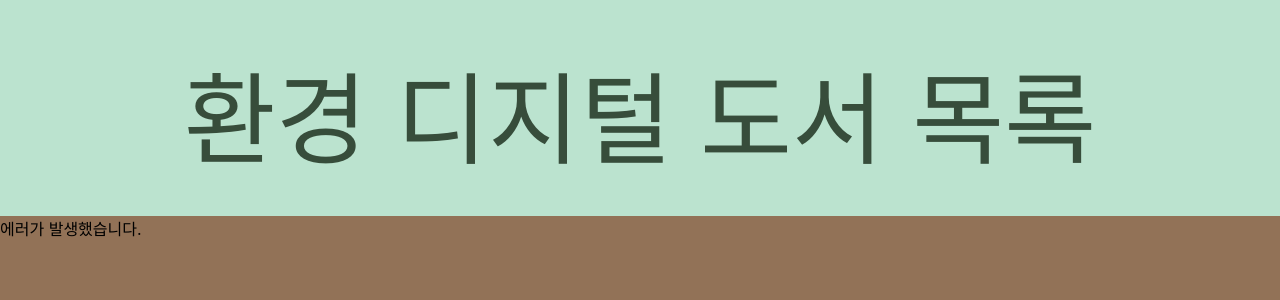
Repository: sojihwan/API
Page: / (app in contents/)
The author's editor kept a copy of each file at every save. The page is drawn from the files as they stood at one save, then again after a run of saves.
The browser window is 1280 px wide. The pictures show the whole page.
The page's requests for data from a server got no answer. The project was rebuilt for these pictures with package versions that can differ from the ones it lists, and the page was loaded fresh each time. No one was signed in, and anything a server would have sent is missing. Also part of the build but not shown: contents/src/css/Select.css, contents/src/css/Modal.css, contents/src/content/Modal.js.

Above is the page before, as saved 2022-05-26 13:30:00.

### contents/src/App.js
import React from 'react';
import Body from './Body/Body';
import Header from './Header/Header';

function App() {
  return (
    <div>
      <Header/>
      <Body/>
    </div>
  );
}

export default App;

### contents/src/Body/Body.js
import React from "react";
import Booklist from "../content/Booklist";
import "../css/Body.css"
function Body(){
  return(
    <div className="Body">
      <Booklist></Booklist>
    </div>
  );
}

export default Body

### contents/src/Header/Header.js
import React from "react";
import "../css/Header.css"

function Header(){
  return(
    <div className="Header">
      <header>
        <p>환경 디지털 도서 목록</p>
      </header>
    </div>
  );
}

export default Header

### contents/src/content/Booklist.js
/* eslint-disable jsx-a11y/alt-text */
import React,{useState,useEffect} from "react";
import axios from "axios";
import "../css/Select.css"
import Modal from "./Modal.js";

function Select(){
  const [api, setApi] = useState(null);
  const [loading, setLoading] = useState(false);
  const [error, setError] = useState(null);
  const [id,setId] = useState({})
  const [page , setPage] = useState(1)
  useEffect(() => {
    const fetchapi = async () => {
      try{
        setApi(null);
        setError(null);
        setLoading(true);
        const reponse = await axios.get(
          `http://library.me.go.kr/pyxis-api/1/collections/1/search?all=k|a|library`
        );
        setApi(reponse.data)
      }catch (e){
         setError(e)
      }
      setLoading(false)
    };
    fetchapi();
  },[])

  if (loading) return <div>로딩중..</div>
  if(error) return <div>에러가 발생했습니다.</div>
  if(!api) return null

  function model(){

    const modal = document.getElementById("modal");
    modal.style.display = "flex";
  }
  const onBef = async () => {
    if(page <= 1 ){
      setPage(1)
      console.log(page)
      const reponse = await axios.get(
      `http://library.me.go.kr/pyxis-api/1/collections/${page}/search?all=k|a|library`
    );
    setApi(reponse.data)
      alert("첫패이지 입니다");
      return 0;
    }
    setPage(page-1)
    console.log(page)
    const reponse = await axios.get(
      `http://library.me.go.kr/pyxis-api/1/collections/${page}/search?all=k|a|library`
    );
    setApi(reponse.data)
  }
  const onNaxt = async () => {
    if(page===9){
      alert("마지막 페이지 입니다.")
      return 0
    }
    console.log(page)
    setPage(page+1)
    const reponse = await axios.get(
      `http://library.me.go.kr/pyxis-api/1/collections/${page}/search?all=k|a|library`
      );
    setApi(reponse.data);
  }
  function idgive(key){
    setId(key)
  }
  return (
    <div className="taxt">
    {
            api.data.list.map((item,index) => {
              return(
                <div className="img" key={index} onClick={() => {idgive(api.data.list[index])}}>
                  <img className="bookimg" onClick={model} src={(api.data.list[index].thumbnailUrl != null)?api.data.list[index].thumbnailUrl:'img/ddd.jpg'}
                  /><br/>
                  <div className="Hidden">
                  <b className="booktitle">{api.data.list[index].titleStatement}</b>
                  </div>
                </div>
              );
            }
            )
          }
          <Modal id={id}/>
        <button id="B" className="w-btn w-btn-green" onClick={onBef} type="button">이전</button>
        <button id="N" className="w-btn w-btn-green" onClick={onNaxt} type="button">다음</button>

  </div>
)
}

export default Select

### contents/src/css/Body.css
@media ( max-width: 770px ) {
.Body{
  background-color: rgba(179, 142, 94, 0.819);
  position: fixed;
  top: 30%;
  left: 0px;
  width: 110%;
  height: 70%;
  overflow: auto;
}
}
@media ( min-width: 771px ) {
  .Body{
    background-color: rgb(146, 114, 87);
    position: fixed;
    top: 30%;
    left: 0px;
    width: 100%;
    height: 100%;
  }
}

### contents/src/css/Header.css
@media ( max-width: 770px ) {
  .Header{
    height: 30%;
    background-color: rgba(116, 198, 156, 0.486);
    width: 100%;
    position: fixed;
    left: 0px;
    top: 0px;
}
header{
  text-align: center;
  font-size: 50px;
  color: rgb(0, 0, 0);
}
p{
  margin-top: 10px;
}

}
@media ( min-width: 771px ) {
  .Header{
    height: 30%;
    background-color: rgba(116, 198, 156, 0.486);
    width: 100%;
    position: fixed;
    left: 0px;
    top: 0px;
}
header{
  text-align: center;
  font-size: 100px;
  color: rgb(55, 77, 59);
}
p{
  margin-top: 40px;
}
}

Loaded but not shown: contents/public/index.html (common file); contents/src/index.js (common file); contents/src/index.css (common file); contents/src/reportWebVitals.js (common file)

After the next 2 saves:
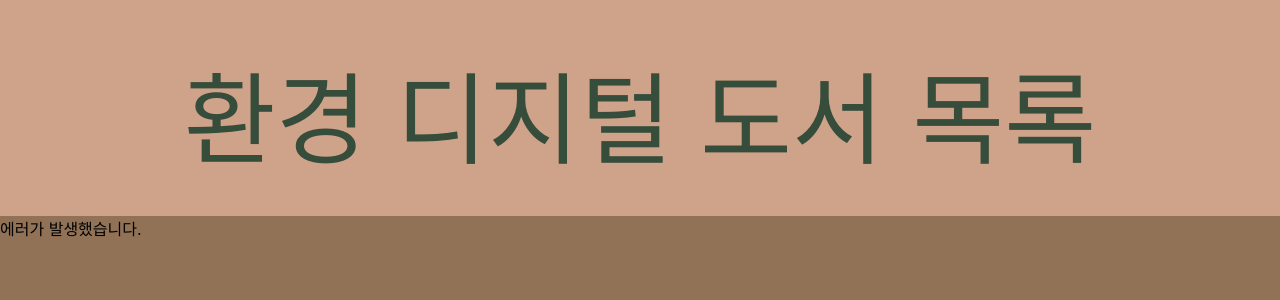
The 2 saves are shown as one change because they came seconds apart.
The last was saved 7 s later.
--- a/contents/src/css/Header.css
+++ b/contents/src/css/Header.css
@@ -20,7 +20,7 @@ p{
 @media ( min-width: 771px ) {
   .Header{
     height: 30%;
-    background-color: rgba(116, 198, 156, 0.486);
+    background-color: rgba(198, 146, 116, 0.838);
     width: 100%;
     position: fixed;
     left: 0px;
